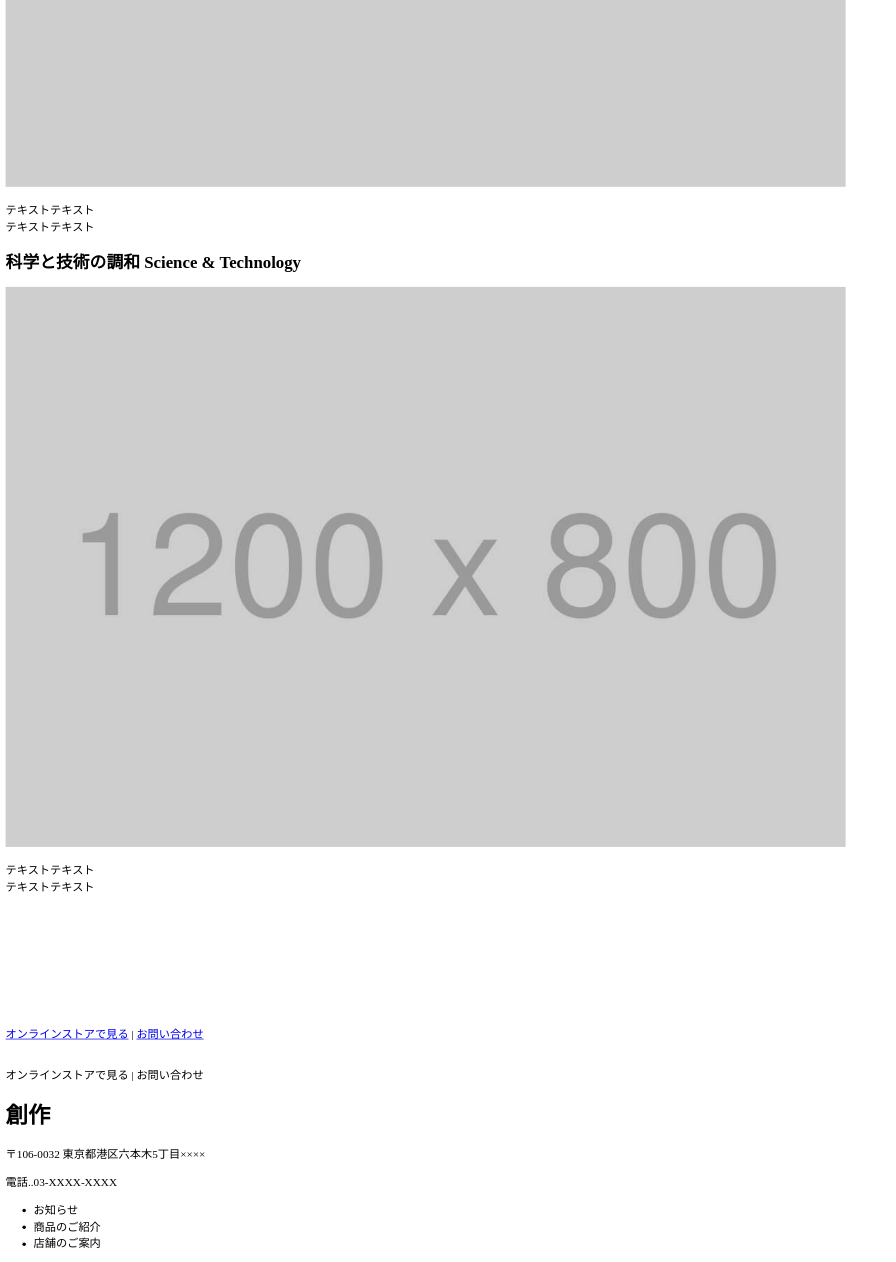
Repository: Fuki-san/wagashi
Page: http://localhost/wagashi
An editor plug-in stored every save of this project. The page is shown before and after the next save, followed by the edit.
The browser window is 1280 px wide. The pictures show the part of the page from y = 1187 to 3107 px (the page is 2990 px tall before and 3107 px after), at 70% of full size.
The page is served by the project's Laravel application, run on PHP 8.4 with Laravel 10. Other server files are loaded and not shown.

Above is the page before, as saved 2023-12-02 19:03:25.

### routes/web.php
<?php

use Illuminate\Support\Facades\Route;
use Spatie\FlareClient\View;

/*
|--------------------------------------------------------------------------
| Web Routes
|--------------------------------------------------------------------------
|
| Here is where you can register web routes for your application. These
| routes are loaded by the RouteServiceProvider and all of them will
| be assigned to the "web" middleware group. Make something great!
|
*/

Route::get('/', function () {
    return view('welcome');
});

Route::get('wagashi', function() {
    return View('wagashi');
})->name('wagashi');

### resources/views/wagashi.blade.php
@extends('layouts.main')

@section('title', 'wagashi')

@section('content')
    <header id="header">
        <h1 class="site-title"><a href="#"><img src="img/logo.svg" alt=""></a></h1>
        <nav id="nav">
            <ul>
                <li><a href="#news">お知らせ</a></li>
                <li><a href="#products1">商品のご紹介</a></li>
                <li><a href="#shop">店舗のご案内</a></li>
            </ul>
        </nav>
        <div class="onlinestore"><a href="#" target="_blank" rel="noopener noreferrer">オンラインストアで見る</a></div>
    </header>

    <main>
        <section id="news" class="wrapper">

            <h2 class="sec-title">
                <span class="en">News</span>
                <span class="ja">お知らせ</span>
            </h2>

            <dl class="list">
                <dt>2021.01.01</dt>
                <dd>タイトルタイトルタイトル</dd>
                <dt>2021.01.01</dt>
                <dd>タイトルタイトルタイトル</dd>
                <dt>2021.01.01</dt>
                <dd>タイトルタイトルタイトル</dd>
                <dt>2021.01.01</dt>
                <dd>タイトルタイトルタイトル</dd>
                <dt>2021.01.01</dt>
                <dd>タイトルタイトルタイトル</dd>
            </dl>
        </section>

        <section id="products1" class="wrapper">
            <h2 class="site-title">
                <span class="ja">新しい価値の創造</span>
                <span class="en">Create New Values</span>
            </h2>

            <div class="img">
                <img src="img/products1.jpg" alt="">
                <p class="text">テキストテキスト<br>テキストテキスト</p>
            </div>
        </section>

        <section id="products2" class="wrapper">
            <h2 class="sec-title">
                <span class="ja">科学と技術の調和</span>
                <span class="en">Science & Technology</span>
            </h2>
            <div class="img">
                <img src="img/products2.jpg" alt="">
                <p class="text">テキストテキスト<br>テキストテキスト</p>
            </div>
        </section>

        <div id="shop">
            <iframe src="" frameborder="0"></iframe>
        </div>

    </main>

    <footer id="footer">

        <div class="inner">
            <div class="left">
                <p><a href="#" target="_blank">オンラインストアで見る</a> | <a href="mailto:xxxx@gmail.com">お問い合わせ</a></p>
            </div>
            <div class="right">
                <div class="logo"><img src="" alt=""></div>
            </div>
        </div>


        <div class="flex">
            <div>オンラインストアで見る | お問い合わせ</div>
            <div class="nav">
                <h1 class="site-title">創作</h1>
                <p>〒106-0032 東京都港区六本木5丁目××××</p>
                <p>電話..03-XXXX-XXXX</p>
                <nav>
                    <ul>
                        <li>お知らせ</li>
                        <li>商品のご紹介</li>
                        <li>店舗のご案内</li>
                    </ul>
                </nav>
            </div>
        </div>
    </footer>

@endsection

### resources/views/layouts/main.blade.php
<!DOCTYPE html>
<html lang="ja">
<head>
    <meta charset="UTF-8">
    <meta name="viewport" content="width=device-width, initial-scale=1.0">
    <meta http-equiv="X-UA-Compatible" content="ie=edge">
    <link rel="stylesheet" href="{{ asset('css/reset.css') }}">
    <link rel="stylesheet" href="{{ asset('css/style.css') }}">
    <link rel="icon" href="img/favicon.ico">
    <title>@yield('title')</title>
</head>
<body>
    @yield('content')
</body>
</html>

### public/img/logo.svg
<?xml version="1.0" encoding="utf-8"?>
<!-- Generator: Adobe Illustrator 15.1.0, SVG Export Plug-In . SVG Version: 6.00 Build 0)  -->
<!DOCTYPE svg PUBLIC "-//W3C//DTD SVG 1.1//EN" "http://www.w3.org/Graphics/SVG/1.1/DTD/svg11.dtd">
<svg version="1.1" id="レイヤー_1" xmlns="http://www.w3.org/2000/svg" xmlns:xlink="http://www.w3.org/1999/xlink" x="0px"
	 y="0px" width="57.4775391px" height="131.578125px" viewBox="0 0 57.4775391 131.578125"
	 style="enable-background:new 0 0 57.4775391 131.578125;" xml:space="preserve">
<style type="text/css">
<![CDATA[
	.st0{fill:#FFFFFF;}
]]>
</style>
<g>
	<path class="st0" d="M28.3789063,35.8789063l6.5400391,4.859375c-0.3603516,0.4804688-1.2001953,1.0800781-2.3398438,1.2607422
		v12.0595703c-0.0605469,0.359375-3.4199219,1.5-5.5195313,1.5h-1.0800781v-3.6601563H15.2998047v2.6992188
		c0,0.4208984-1.9199219,1.8007813-5.1601563,1.8007813H9.0595703v-10.5
		c-1.7392578,3.2402344-4.2597656,6.2998047-7.9189453,8.8798828l-0.6005859-0.6005859c5.5205078-8.21875,6-18.4785156,6-26.7587891
		v-9.1191406c-1.9199219,1.3798828-3.9599609,2.5800781-6.0595703,3.6591797L0,21.4199219
		C6.1796875,15.6601563,11.3994141,6.4199219,13.5,0l9.7197266,1.9804688
		c-0.2402344,0.7197266-0.7802734,1.0800781-2.3398438,1.3193359c20.5185547,3.7207031,13.3789063,15.9599609,7.9189453,11.8798828
		c-0.9599609-3.4199219-4.0195313-7.9794922-8.5195313-11.2792969c-2.0400391,3.1796875-4.7392578,6.5390625-7.9794922,9.6591797
		H19.5l2.9990234-3.8398438c0,0,3.4804688,2.6396484,5.5800781,4.5595703
		c-0.1796875,0.6601563-0.7802734,0.9609375-1.6201172,0.9609375H11.7001953l-0.2402344-0.9003906
		c-1.1396484,1.0195313-2.3398438,2.0400391-3.5400391,2.9394531l6,2.2207031h10.9189453l3.0605469-3.3603516L34.4384766,21
		c-0.359375,0.4794922-1.2597656,1.0195313-2.4599609,1.3193359v11.9394531
		c-0.0595703,0.3603516-3.359375,1.5605469-5.4589844,1.5605469h-1.0800781v-1.8007813H12.5400391
		C12.4199219,35.21875,12.2402344,36.4189453,12,37.6787109l4.0800781,1.5595703h9.2988281L28.3789063,35.8789063z
		 M25.4394531,32.3388672v-4.6796875H12.8994141c0,1.4404297-0.0595703,3-0.1796875,4.6796875H25.4394531z M12.8994141,21.1796875
		v4.7998047h12.5400391v-4.7998047H12.8994141z M25.9794922,50.1582031v-9.2392578H15.2998047v9.2392578H25.9794922z
		 M43.2587891,41.7587891c0,0.6601563-2.6396484,1.859375-4.9199219,1.859375h-1.1396484V5.2197266L45.2988281,6
		c-0.1201172,0.7802734-0.6005859,1.3203125-2.0400391,1.5605469V41.7587891z M56.7578125,2.1005859
		C56.578125,3,55.9785156,3.6005859,54.5380859,3.7802734v44.8183594c0,4.6796875-0.9599609,7.3193359-8.4599609,8.0390625
		c-0.1796875-2.0996094-0.4794922-3.6591797-1.3798828-4.7392578c-0.9599609-1.0205078-2.2197266-1.7998047-5.0996094-2.2197266
		v-0.8408203c0,0,5.9394531,0.3603516,7.2001953,0.3603516c0.9599609,0,1.2597656-0.2998047,1.2597656-1.0800781V1.2001953
		L56.7578125,2.1005859z"/>
	<path class="st0" d="M17.4599609,94.0800781c-0.1806641,0.5390625-0.7207031,0.9589844-1.8603516,1.1992188v34.2587891
		c-0.1201172,0.5400391-3,2.0400391-5.7597656,2.0400391H8.5195313v-31.3789063
		c-2.3994141,2.7597656-4.9794922,5.1601563-7.7392578,7.2001953l-0.7197266-0.5400391
		c5.3398438-7.5,10.9189453-19.6796875,13.9189453-31.6787109l9.5400391,3.1796875
		c-0.2998047,0.7802734-1.0800781,1.2597656-2.4003906,1.2001953c-2.0400391,4.859375-4.3798828,9.2988281-6.9589844,13.3193359
		L17.4599609,94.0800781z M39.9589844,89.7597656v11.0996094h4.7998047l3.6591797-4.7998047
		c0,0,4.140625,3.2998047,6.7197266,5.5800781c-0.1796875,0.6591797-0.8398438,0.9599609-1.6796875,0.9599609H39.9589844v11.3388672
		h5.1591797l4.0205078-5.2197266c0,0,4.4394531,3.5400391,7.1992188,5.9404297
		c-0.1796875,0.6591797-0.8398438,0.9599609-1.7402344,0.9599609H39.9589844v14.0390625
		c0,0.4199219-2.2207031,1.859375-5.9404297,1.859375h-1.3193359V89.7597656h-1.4404297
		c-3.8994141,5.8798828-8.3994141,10.6796875-13.4394531,14.2792969l-0.6601563-0.4794922
		c4.6201172-6.7802734,9.6601563-17.6992188,12.3603516-28.3193359l9.6591797,3.4199219
		c-0.2998047,0.7802734-1.0800781,1.2597656-2.4599609,1.1396484c-1.3798828,2.9404297-2.8203125,5.7597656-4.4394531,8.3398438
		h14.0996094l3.9589844-5.1591797c0,0,4.4404297,3.4794922,7.1396484,5.8193359
		c-0.1796875,0.6601563-0.8398438,0.9599609-1.6796875,0.9599609H39.9589844z"/>
</g>
</svg>

Loaded but not shown: public/css/style.css (no copy from this time; the picture is the same without it)

After the next save:
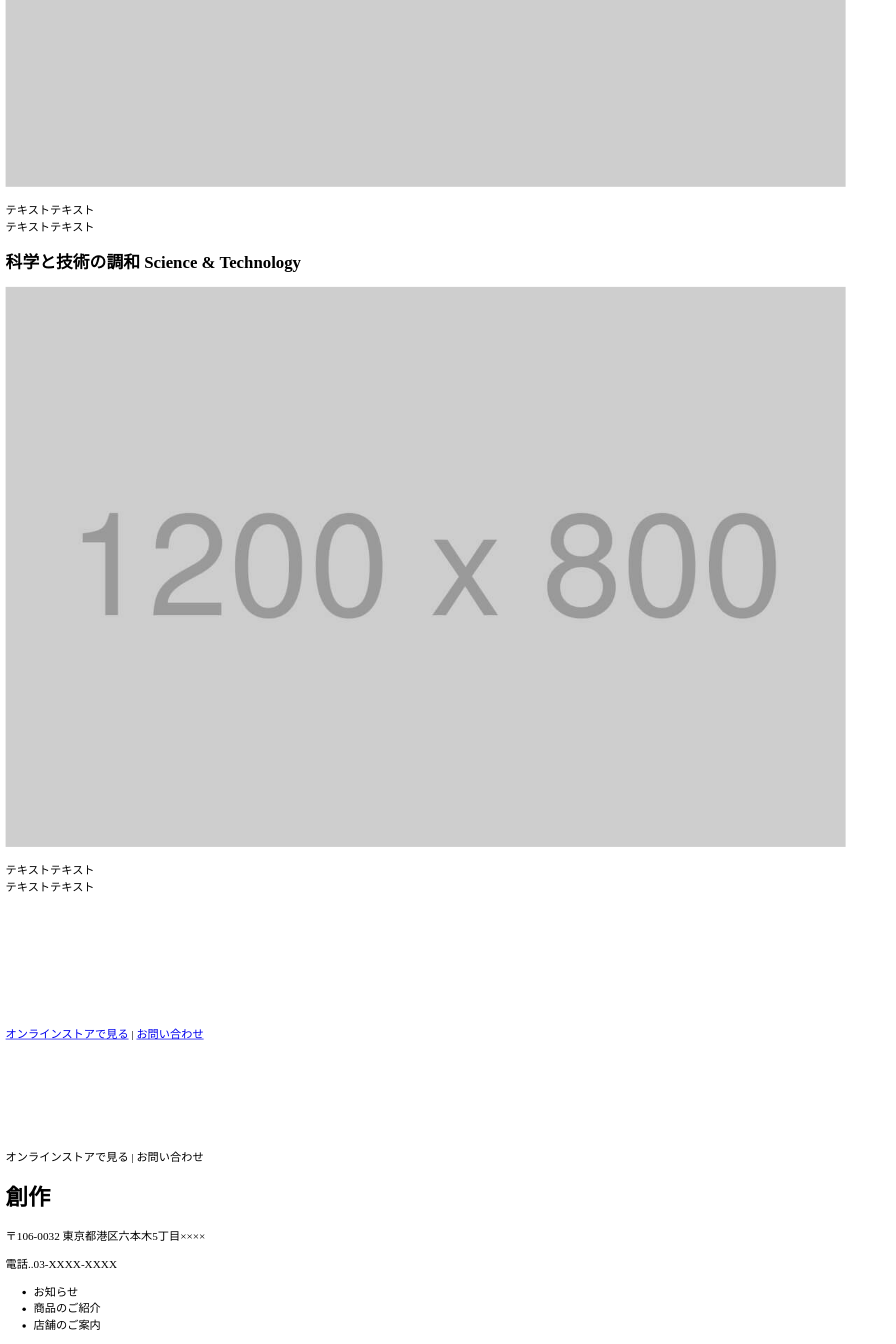
Saved 5 s later.
--- a/resources/views/wagashi.blade.php
+++ b/resources/views/wagashi.blade.php
@@ -73,7 +73,7 @@
                 <p><a href="#" target="_blank">オンラインストアで見る</a> | <a href="mailto:xxxx@gmail.com">お問い合わせ</a></p>
             </div>
             <div class="right">
-                <div class="logo"><img src="" alt=""></div>
+                <div class="logo"><img src="img/logo.svg" alt=""></div>
             </div>
         </div>
 
